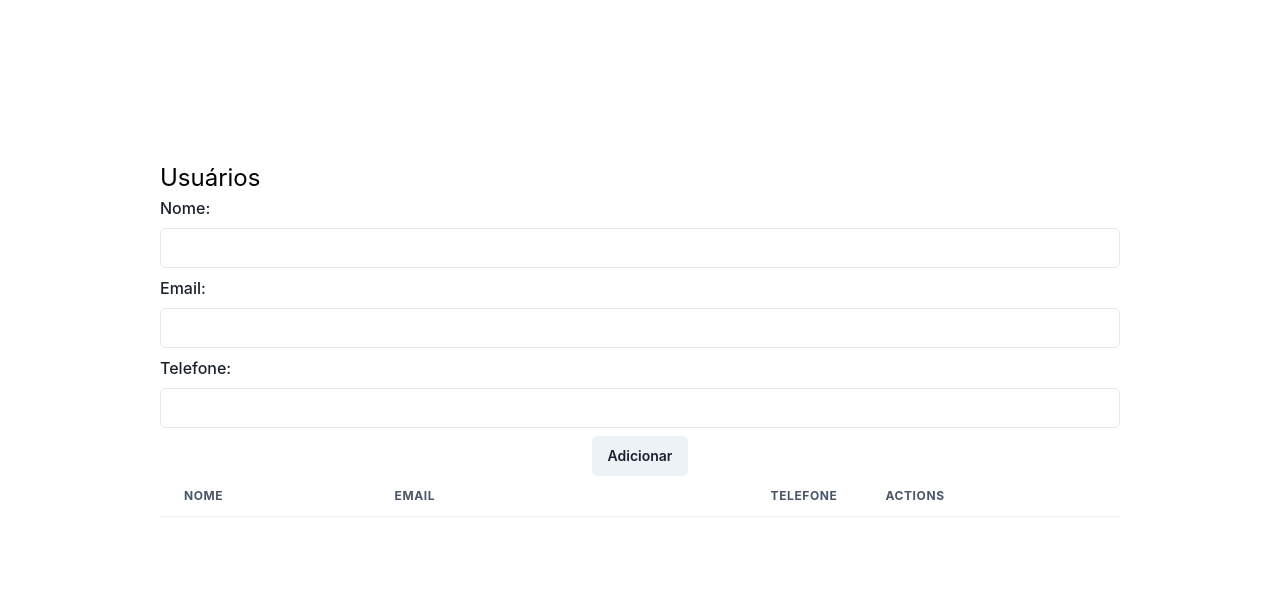
Repository: renan-oliveira93/CRUD-ATERRA
Page: /
The author's editor kept a copy of each file at every save. The page is drawn from the files as they stood at one save, then again after the next save.
The browser window is 1280 px wide. The pictures show the whole page.
The page's requests for data from a server got no answer. The project was rebuilt for these pictures with package versions that can differ from the ones it lists, and the page was loaded fresh each time. The framework's server and built-in components were replaced by stand-ins that run in the browser. No one was signed in, and anything a server would have sent is missing. Also part of the build but not shown: next.config.js.

Above is the page before, as saved 2022-02-02 11:30:02.

### pages/_app.js
import '../styles/globals.css'
import { ChakraProvider } from '@chakra-ui/react'

function MyApp({ Component, pageProps }) {
  return (
    <ChakraProvider>
         <Component {...pageProps} />
    </ChakraProvider>
  )

}

export default MyApp

### pages/index.js
import {
  Flex,
  Text,
  Box,
  Input,
  FormControl,
  FormLabel,
  Table,
  Thead,
  Tbody,
  Tr,
  Th,
  Td,
  VStack,
 } from '@chakra-ui/react'
import { Button } from '@chakra-ui/react'
import { useEffect } from 'react';
import { useState } from 'react/cjs/react.development'
import api from './services/api';


export default function Home() {

  //funções de armazenamento de dados
  const [usuarios, setUsuarios] = useState ([]);
  const [id, setId] = useState (null);

  const [name, setName] = useState ('');
  console.log({name})

  const [email, setEmail] = useState ('');
  console.log({email})

  const [telefone, setTelefone] = useState ('');
  console.log({telefone})

  //funções que controlam os eventos nos imputs
  const handleChangeName = (text) =>{
    setName(text)
  }

  const handleChangeEmail = (text) =>{
    setEmail(text)
  }

  const handleChangeTelefone = (text) =>{
    setTelefone(text)
  }

  //função que controla o botão de submit
  const handleSubmit = async (event) => {
    event.preventDefault()

    try{
      const response = await api.post('/usuarios', {name, email, telefone})
      console.log(response)

      setUsuarios(usuarios.concat(data.data))

      setName('')
      setEmail('')
      setTelefone('')
    }catch(err){
      console.log(err)
    }

  }

  //função para trazer usuarios do banco de dados e imprimir na tela
  useEffect(() => {
    api.get('/usuarios').then(({data}) => {
      setUsuarios(data.data)
    })
  }, [])

  //função de controle do delete
  const handleDelete = async (_id) =>{
    try{
      await api.delete(`/usuarios/${_id}`)

      setUsuarios(usuarios.filter(usuario => usuario._id !== _id))
    }catch(err){
      console.log(err)
    }

  }

  //funções de controle de update
  const handleUpdate = async (event) => {
    event.preventDefault()

    try {
      await api.put(`/usuarios/${id}`, {name, email, telefone})
      setUsuarios(usuarios.map(usuario => usuario._id === id ?{name, email, telefone, _id : id} : usuario))

    setName('')
    setEmail('')
    setTelefone('')
    setId(null)
    } catch (err) {
      console.log(err)
    }
  }

  const handleUpdateSubmit = (usuario) => {
    setId(usuario._id)
    setName(usuario.name)
    setEmail(usuario.email)
    setTelefone(usuario.telefone)

  }

  return (
    <Box margin='10rem' >

      <Flex color='white' justifyContent='space-between' >
          <Text color='black' fontSize='2xl'>Usuários</Text>
      </Flex>

      <VStack border='5px' borderColor='black' marginy='1rem' as='form' onSubmit={id ? handleUpdate : handleSubmit}>
        <FormControl>
          <FormLabel >Nome:</FormLabel>
            <Input
            type='text'
            value={name}
            onChange={event => handleChangeName(event.target.value)}
            />

        </FormControl>

        <FormControl>
          <FormLabel>Email:</FormLabel>
            <Input
            type='email'
            value={email}
            onChange={event => handleChangeEmail(event.target.value)}
            />

        </FormControl>

        <FormControl>
          <FormLabel >Telefone:</FormLabel>
            <Input
            type='tel:'
            value={telefone}
            onChange={event => handleChangeTelefone(event.target.value)}
            />

        </FormControl>

        <Button fontSize='sm' margin='1rem' alignself='flex-end' colorScheme='gray' type='submit'>{id? 'Atualizar' : 'Adicionar'}</Button>

      </VStack>

      <Table variant='simple'>

        <Thead>

          <Tr>
            <Th>Nome</Th>
            <Th>Email</Th>
            <Th isNumeric>Telefone</Th>
            <Th>Actions</Th>
          </Tr>

        </Thead>

        <Tbody>

          {usuarios.map(usuario => (
            <Tr key={usuario.name}>
              <Td>{usuario.name}</Td>
              <Td>{usuario.email}</Td>
              <Td isNumeric>{usuario.telefone}</Td>
              <Td>
                <Flex justifyContent='space-between'>
                  <Button size="sm" fontSize="smaller" colorScheme="yellow" mr="2"
                  onClick={() => handleUpdateSubmit(usuario)}>Editar</Button>
                  <Button size='sm' colorScheme='red'
                  onClick={() => handleDelete(usuario._id)}>Remover</Button>
                </Flex>
              </Td>
            </Tr>
          ))}

        </Tbody>

     </Table>

    </Box>

  )
};

### pages/services/api.js
import axios from "axios"

const api = axios.create({
    baseURL: 'http://localhost:3000/api'
})

export default api

Loaded but not shown: styles/globals.css (common file)

After the next save:
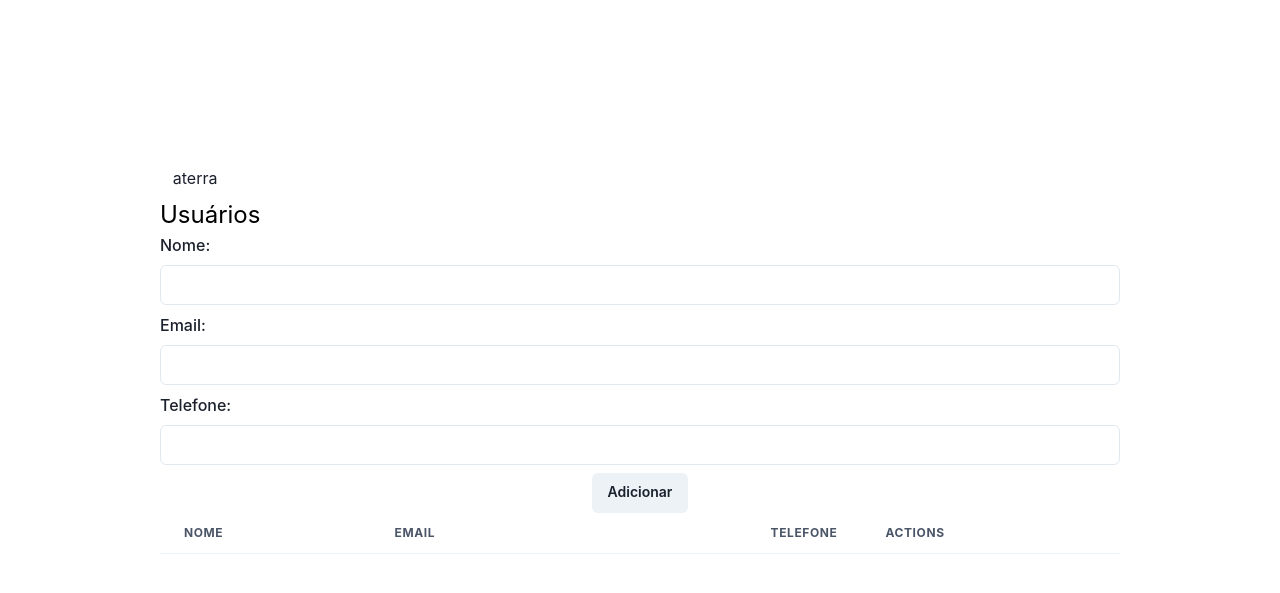
Saved 63 min 11 s later.
--- a/pages/index.js
+++ b/pages/index.js
@@ -12,6 +12,8 @@ import {
   Th,
   Td,
   VStack,
+  Menu,
+  MenuItem,
  } from '@chakra-ui/react'
 import { Button } from '@chakra-ui/react'
 import { useEffect } from 'react';
@@ -112,12 +114,14 @@ export default function Home() {
 
   return (
     <Box margin='10rem' >
-
+      <Menu>
+        <MenuItem>aterra</MenuItem>
+      </Menu>
       <Flex color='white' justifyContent='space-between' >
           <Text color='black' fontSize='2xl'>Usuários</Text>
       </Flex>
 
-      <VStack border='5px' borderColor='black' marginy='1rem' as='form' onSubmit={id ? handleUpdate : handleSubmit}>
+      <VStack marginy='1rem' as='form' onSubmit={id ? handleUpdate : handleSubmit}>
         <FormControl>
           <FormLabel >Nome:</FormLabel>
             <Input
